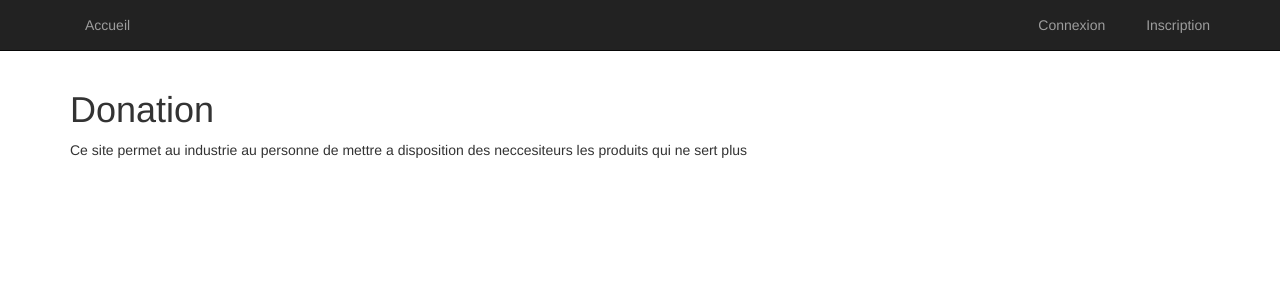
Repository: KAMGO/ProjetJEE2017
Page: http://localhost/donation/VUE/Accueil.jsp
These files come from the project's save history. The page is drawn as it stood at one moment and after the next save; the edit follows.
The browser window is 1280 px wide. The pictures show the whole page.
Some web fonts or font styles are not loaded; a fallback is used. The page is served by Tomcat 9. Other server files are loaded and not shown. The template is opened directly, without the code that normally fills it, so the values that code supplies are empty.

Above is the page before, as saved 2018-08-11 09:19:57.

### donation/WebContent/VUE/Accueil.jsp
<%@ page language="java" contentType="text/html; charset=ISO-8859-1"
    pageEncoding="ISO-8859-1"%>
  <%@ taglib uri="http://java.sun.com/jsp/jstl/core" prefix="c"%>
<!DOCTYPE html PUBLIC "-//W3C//DTD HTML 4.01 Transitional//EN" "http://www.w3.org/TR/html4/loose.dtd">
<html>
<meta http-equiv="X-UA-Compatible" content="IE=edge">
<meta name="viewport" content="width=device-width, initial-scale=1">
<link rel="stylesheet" href="${pageContext.request.contextPath}/VUE/bootstrap.css" type="text/css">
<title>Accueil</title>
</head>
<body>
<%@ include file="menu.jsp" %>
<div class="container">
	<h1>Donation</h1>
	<p>Ce site permet au industrie au personne de mettre a disposition des neccesiteurs les produits qui ne sert plus  </p>
</div>
<%@ include file="Footer.jsp" %>
</body>
</html>

### donation/WebContent/VUE/menu.jsp
<div class="navbar navbar-inverse navbar-fixed-top">
    <div class="container">
        <div class="navbar-collapse collapse">
            <ul class="nav navbar-nav">
            	<li><a href="/donation/Accueil">Accueil</a></li>
            	<c:if test="${!empty sessionScope.utilisateur}">
            		<!-- grâce à cet import, je récupère les listes pour afficher la navbar -->
				<c:import url="/affichercategories" />
				<c:set var="context" value="${pageContext.request.contextPath}"/>
				<ul class="nav navbar-nav">
				<li><a href="${context}/VUE/index.jsp" class="fa fa-home fa-2x"></a></li>
				<c:forEach items="${listCategorie}" var="categorie">
					<li><a
						href="${context}/displaysubcategories?nomCategorie=${categorie.getTitre()}">${categorie.getTitre()}</a></li>
				</c:forEach>
				</ul>
                </c:if>
            </ul>
			<!-- si l'utilisateur est deja connecte cette partie est cachee-->
            <ul class="nav navbar-nav navbar-right">
            	<c:if test="${empty sessionScope.utilisateur}">
            	<li><a href="/donation/Connexion"><span class="glyphicon glyphicon-log-in"></span>Connexion</a></li>
               	<li><a href="/donation/Inscription"><span class="glyphicon glyphicon-user"></span>Inscription</a></li>
    	        </c:if>
    	        <c:if test="${!empty sessionScope.utilisateur}">
	           	<li><a href="/donation/Deconnexion"><span class="glyphicon glyphicon-log-out"></span>Deconnexion</a></li>
	           	</c:if>
            </ul>

        </div>
    </div>
</div>

### donation/WebContent/VUE/Footer.jsp
<footer id="footer">
	<p>&copy; 2018 martin et Diallo, Inc.</p>
</footer>

Loaded but not shown: donation/WebContent/VUE/css/bootstrap.css (library)

After the next save:
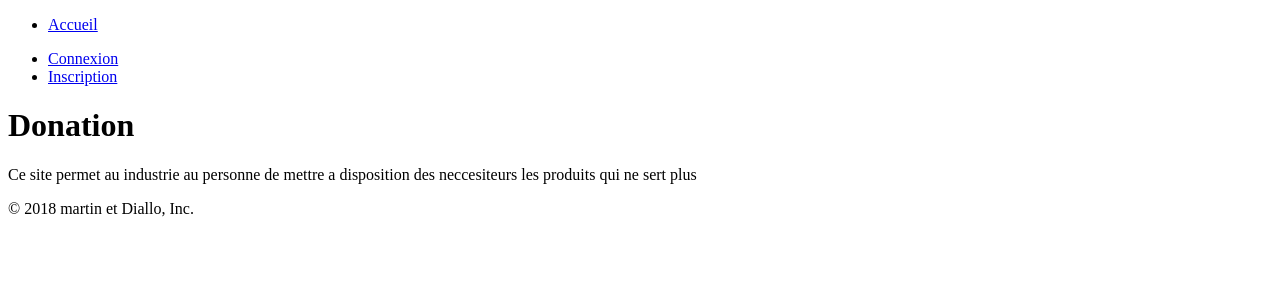
Saved 2 min 24 s later.
--- a/donation/WebContent/VUE/Accueil.jsp
+++ b/donation/WebContent/VUE/Accueil.jsp
@@ -5,7 +5,7 @@
 <html>
 <meta http-equiv="X-UA-Compatible" content="IE=edge">
 <meta name="viewport" content="width=device-width, initial-scale=1">
-<link rel="stylesheet" href="${pageContext.request.contextPath}/VUE/bootstrap.css" type="text/css">
+
 <title>Accueil</title>
 </head>
 <body>
